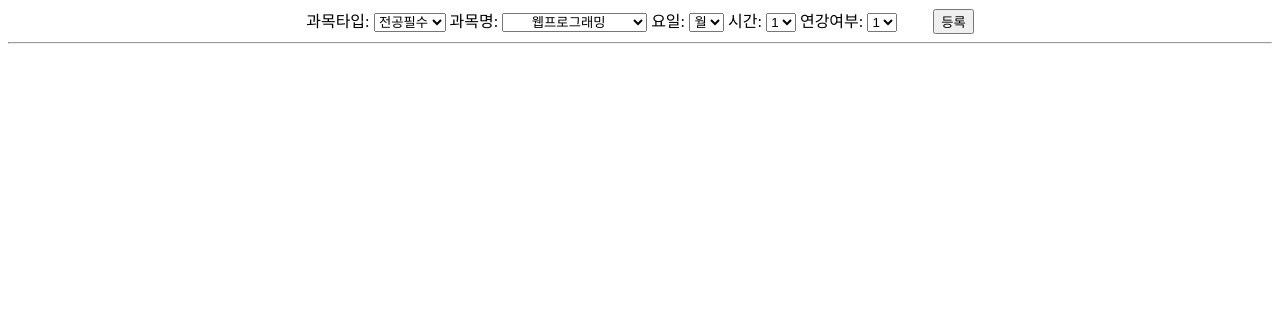
Repository: leecrossun/web-practice-javascript-2019
Page: http://localhost/First_half/Practice47/Practice47.jsp
The author's editor kept a copy of each file at every save. The page is drawn from the files as they stood at one save, then again after the next save.
The browser window is 1280 px wide. The pictures show the whole page.
The page is served by Tomcat 9.

Above is the page before, as saved 2019-12-11 05:30:34.

After the next save:
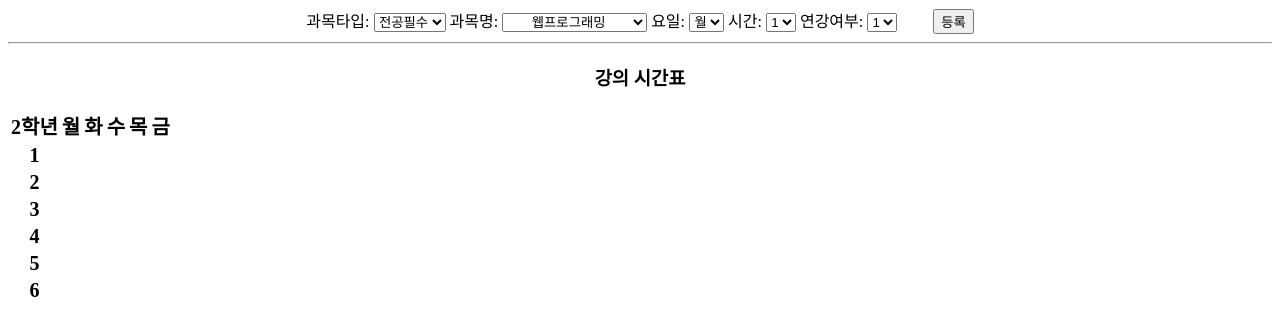
Saved 2 min 10 s later.
--- a/JSP/First_half/WebContent/Practice47/Practice47.jsp
+++ b/JSP/First_half/WebContent/Practice47/Practice47.jsp
@@ -63,9 +63,9 @@ String type = request.getParameter("type");
 String title = request.getParameter("title");
 String day = request.getParameter("day");
 String time = request.getParameter("time");
-String consecutive = request.getParameter("consecutive");
+String consecutives = request.getParameter("consecutive");
 
-if (type != null && title != null && day != null && time != null && consecutive != null)
+if (type != null && title != null && day != null && time != null && consecutives != null)
 {
 	manager.add(bean);
 	manager.buildMatrix();
@@ -85,5 +85,62 @@ LectureManager.printMatrix(manager.getTitleMatrix());
 System.out.println("spanMatrix");
 LectureManager.printMatrix(manager.getSpanMatrix());
 %>
+<%
+int[][] lectureType = manager.getTypeMatrix();
+int[][] consecutive = manager.getTitleMatrix();
+int[][] lectureTitle = manager.getSpanMatrix();
+%>
+<div align=center><h3>강의 시간표</h3>
+<table>
+<%
+out.println("<tr><th style='font-size:20px; font-weight:bold'>2학년</th>");
+for(i=0; i<days.length-1; i++)
+	out.println("<th style='font-size:20px; font-weight:bold'>"+days[i]+"</th>");
+out.println("</tr>");
+
+for(i=0; i<6; i++)
+{
+	out.println("<tr><td style='font-size:20px; font-weight:bold'>");
+	out.print(i+1 + "</td>");
+	for(int j=0; j<5; j++)
+	{
+		switch(lectureType[i][j])
+		{
+		case 1:
+			out.print("<td id=major");
+			break;
+		case 2:
+			out.print("<td id=major_select");
+			break;
+		case 3:
+			out.print("<td id=refinement");
+			break;
+		default:
+			out.print("<td");
+		}
+		if(consecutive[i][j]==1)
+		{
+			out.println(">");
+		}
+		else if(consecutive[i][j] != 0)
+		{
+			out.println(" rowspan='" + consecutive[i][j] + "'>");
+		}
+		if(lectureTitle[i][j]==-1)
+		{
+			out.println("&nbsp;");
+		}
+		else
+		{
+			out.println(titleNames[lectureTitle[i][j]]);
+		}
+		out.println("</td>");
+	}
+	out.println("</tr>");
+}
+
+%>
+</table>
+</div>
 </body>
 </html>
